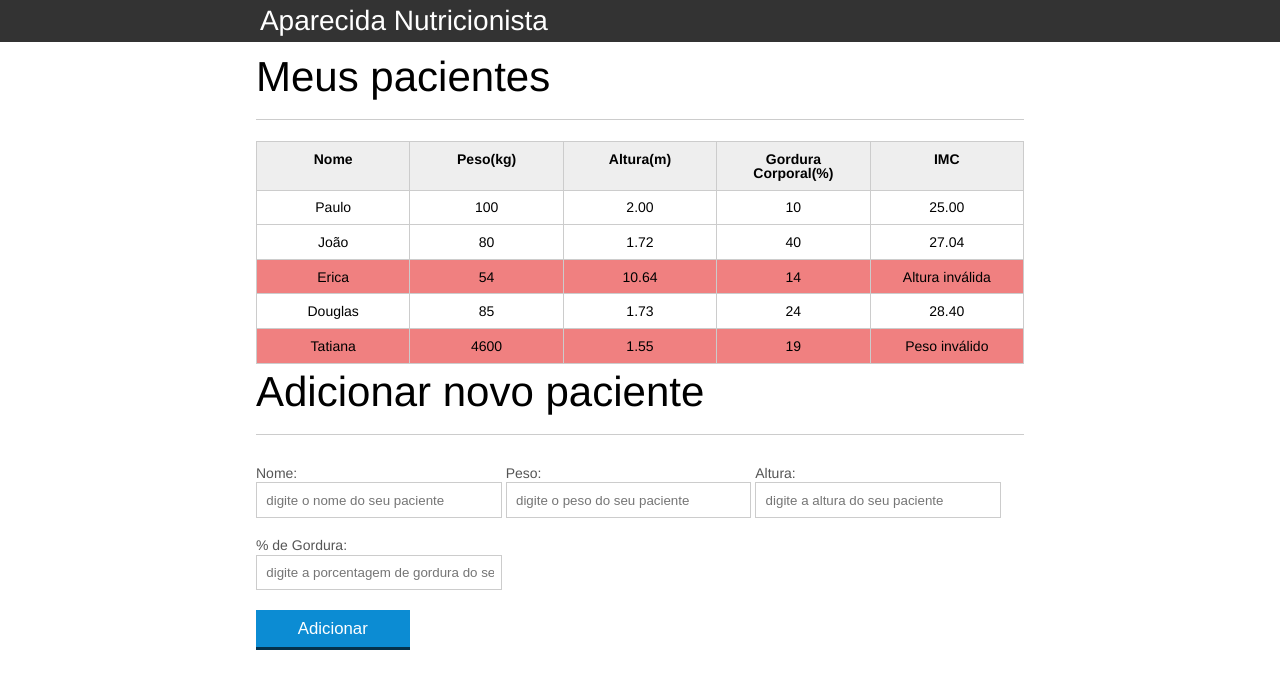
Repository: prof-fernando-alves/introducao-javascript
Page: index.html
The author's editor kept a copy of each file at every save. The page is drawn from the files as they stood at one save, then again after the next save.
The browser window is 1280 px wide. The pictures show the whole page.

Above is the page before, as saved 2021-09-14 14:54:35.

### index.html
<!DOCTYPE html>
<html lang="pt-br">
	<head>
		<meta charset="UTF-8">
		<title>Aparecida Nutrição</title>
		<link rel="icon" href="favicon.ico" type="image/x-icon">
		<link rel="stylesheet" type="text/css" href="css/reset.css">
		<link rel="stylesheet" type="text/css" href="css/index.css">

	</head>
	<body>

		<header>
			<div class="container">
				<h2 class="titulo">Aparecida Nutrição</h2>
			</div>
		</header>
		<main>
			<section class="container">
				<h2>Meus pacientes</h2>
				<table>
					<thead>
						<tr>
							<th>Nome</th>
							<th>Peso(kg)</th>
							<th>Altura(m)</th>
							<th>Gordura Corporal(%)</th>
							<th>IMC</th>
						</tr>
					</thead>
					<tbody id="tabela-pacientes">
						<tr class="paciente" id="primeiro-paciente">
							<td class="info-nome">Paulo</td>
							<td class="info-peso">100</td>
							<td class="info-altura">2.00</td>
							<td class="info-gordura">10</td>
							<td class="info-imc">0</td>
						</tr>

						<tr class="paciente" >
							<td class="info-nome">João</td>
							<td class="info-peso">80</td>
							<td class="info-altura">1.72</td>
							<td class="info-gordura">40</td>
							<td class="info-imc">0</td>
						</tr>

						<tr class="paciente" >
							<td class="info-nome">Erica</td>
							<td class="info-peso">54</td>
							<td class="info-altura">10.64</td>
							<td class="info-gordura">14</td>
							<td class="info-imc">0</td>
						</tr>

						<tr class="paciente">
							<td class="info-nome">Douglas</td>
							<td class="info-peso">85</td>
							<td class="info-altura">1.73</td>
							<td class="info-gordura">24</td>
							<td class="info-imc">0</td>
						</tr>
						<tr class="paciente" >
							<td class="info-nome">Tatiana</td>
							<td class="info-peso">4600</td>
							<td class="info-altura">1.55</td>
							<td class="info-gordura">19</td>
							<td class="info-imc">0</td>
						</tr>
					</tbody>
				</table>

			</section>
		</main>
		<!-- ... -->
		<section class="container">
			<h2 id="titulo-form">Adicionar novo paciente</h2>
			<form>
				<div class="grupo">
					<label for="nome">Nome:</label>
					<input id="nome" name="nome" type="text" placeholder="digite o nome do seu paciente" class="campo">
				</div>
				<div class="grupo">
					<label for="peso">Peso:</label>
					<input id="peso" name="peso" type="text" placeholder="digite o peso do seu paciente" class="campo campo-medio">
				</div>
				<div class="grupo">
					<label for="altura">Altura:</label>
					<input id="altura" name="altura" type="text" placeholder="digite a altura do seu paciente" class="campo campo-medio">
				</div>
				<div class="grupo">
					<label for="gordura">% de Gordura:</label>
					<input id="gordura" type="text" placeholder="digite a porcentagem de gordura do seu paciente" class="campo campo-medio">
				</div>

				<button id="adicionar-paciente" class="botao bto-principal">Adicionar</button>
			</form>
		</section>

		<script src="js/principal.js" ></script>

	</body>
</html>

### css/index.css
*{
	box-sizing: border-box;
 }

body{
	font-family: "Helvetica Neue", "Helvetica", Helvetica, Arial, sans-serif;
	font-size: 14px;
}

header{
	background-color: #333;
	height: 3em;
	color: #FFF;
	margin-bottom: 1em;
}

header h1{
	font-size: 2em;
	display:inline-block;
	vertical-align:	middle;
}
header h2{
	font-size: 2em;
	display:inline-block;
	vertical-align:	middle;
}

header .container:before{
	content: '';
	display:inline-block;
	height: 100%;
	vertical-align:	middle;
}

.container{
	width: 60%;
	height: 100%;
	margin: 0 auto;
}

section{
	margin: 2em 0;
	overflow: hidden;
}

section h2{
	font-size: 3em;
	display: block;
	padding-bottom: .5em;
	border-bottom: 1px solid #ccc;
	margin-bottom: .5em;
}

table{
	width: 100%;
	margin-bottom : .5em;
    table-layout: fixed;

}

td, th {
	padding: .7em;
	margin: 0;
	border: 1px solid #ccc;
	text-align: center;
}

th{
	font-weight: bold;
	background-color: #EEE;
}

label{
	color: #555;
	display: block;
	margin-bottom: .2em;
}

.campo{
	margin: 0;
	padding-bottom: 1em;
	width: 100%;
	border: 1px solid #ccc;
	padding: .7em;
	width: 100%;
}

.campo-medio{
	display: inline-block;
	padding-right: .5em;
}

.grupo{
	width: 32%;
	display: inline-block;
	padding: 10px 0px;
}

button{
	padding: .5em 2em;
	border: 0;
	border-bottom: 3px solid;
	font-size: 1.2em;
	cursor: pointer;
	margin: 0;
	margin-top: -3px;
	color: #fff;
	background-color:#0c8cd3;
	border-color: #04324c;
	width: 20%;
    display: block;
    clear: both;
    margin: 10px 0px;

}

button:active{
	margin-top:0px;
	border: 0;
}

button[disabled=disabled], button:disabled {
    background-color: gray;
	border-color: darkgray;

}

.adicionar-paciente{
    margin-top: 30px;
}

.campo-invalido{
	border: 1px solid red;
}

.paciente-invalido{
	background-color : lightcoral;
}

### js/principal.js
var titulo = document.querySelector(".titulo");
titulo.textContent = "Aparecida Nutricionista";

titulo

var pacientes = document.querySelectorAll(".paciente");

for (var i=0; i < pacientes.length; i++){
        var paciente = pacientes[i]

        var tdPeso = paciente.querySelector(".info-peso");
        var peso = tdPeso.textContent;

        var tdAltura = paciente.querySelector(".info-altura");
        var altura = tdAltura.textContent;

        var tdImc = paciente.querySelector(".info-imc");

        var pesoEhValido = true;
        var alturaEhValida = true;

        if (peso <= 0 || peso >= 1000) {
            console.log("Peso inválido!");
            pesoEhValido = false;
            tdImc.textContent = "Peso inválido";
            paciente.classList.add("paciente-invalido")
        }

        if (altura <= 0 || altura >= 3.00) {
            console.log("Altura inválida!");
            alturaEhValida = false;
            tdImc.textContent = "Altura inválida";
            paciente.classList.add("paciente-invalido")

        }

        if (pesoEhValido && alturaEhValida) {
            var imc = peso / (altura * altura);
            tdImc.textContent = imc.toFixed(2);
        }
}

Loaded but not shown: css/reset.css (common file)

After the next save:
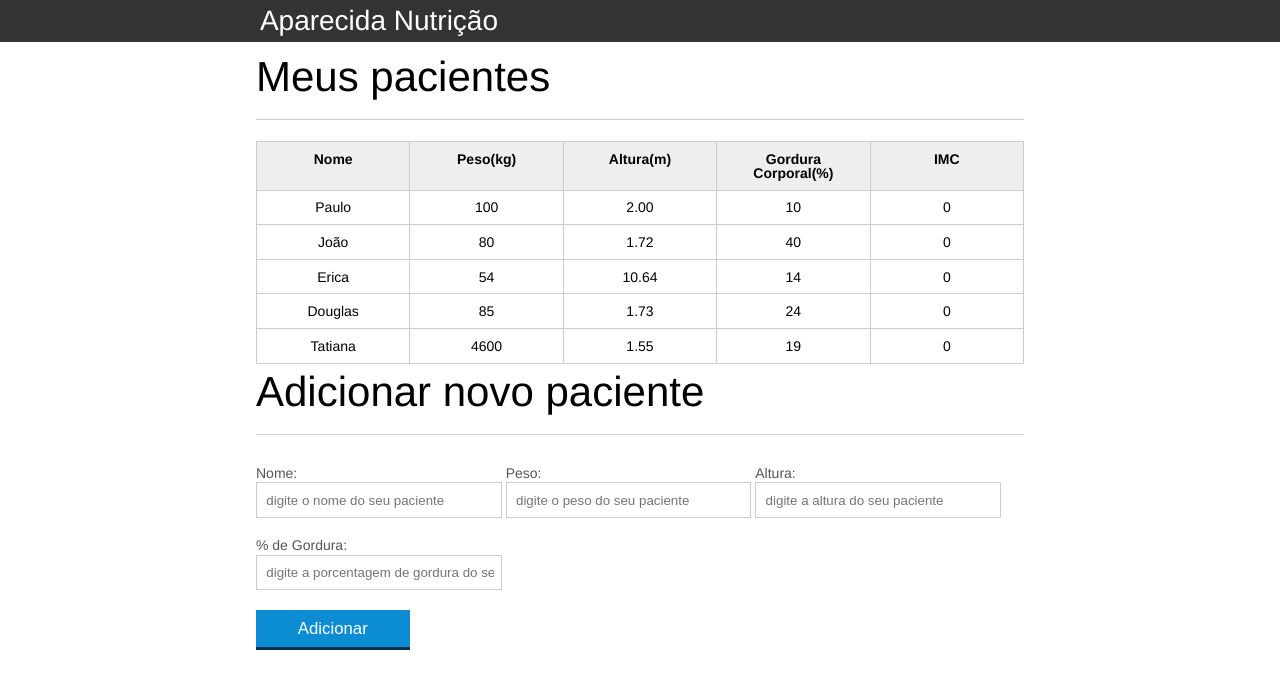
Console error: SyntaxError: Unexpected identifier 'pacientes'
Saved 4 s later.
--- a/js/principal.js
+++ b/js/principal.js
@@ -1,7 +1,7 @@
 var titulo = document.querySelector(".titulo");
 titulo.textContent = "Aparecida Nutricionista";
 
-titulo
+titulo.
 
 var pacientes = document.querySelectorAll(".paciente");
 

After the 2 saves that followed:
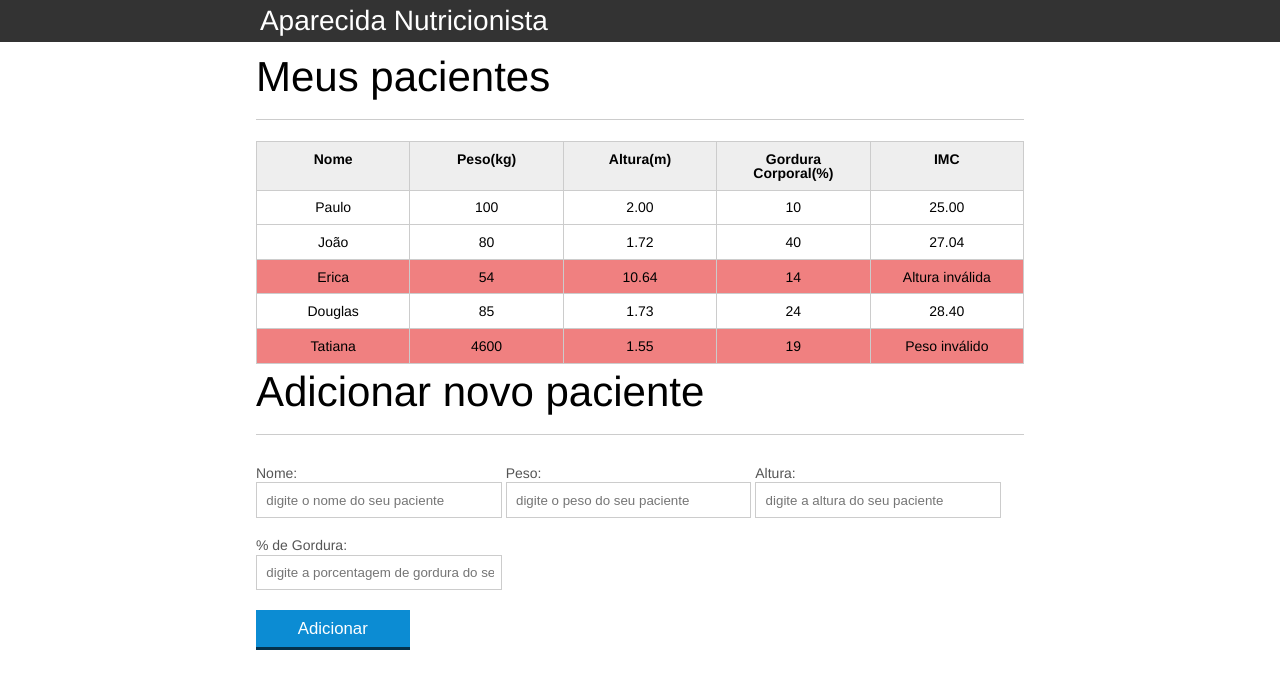
The error is gone.
The 2 saves are shown as one change because they came seconds apart.
The last was saved 13 s later.
--- a/js/principal.js
+++ b/js/principal.js
@@ -1,7 +1,7 @@
 var titulo = document.querySelector(".titulo");
 titulo.textContent = "Aparecida Nutricionista";
 
-titulo.
+titulo.addEventListener
 
 var pacientes = document.querySelectorAll(".paciente");
 
